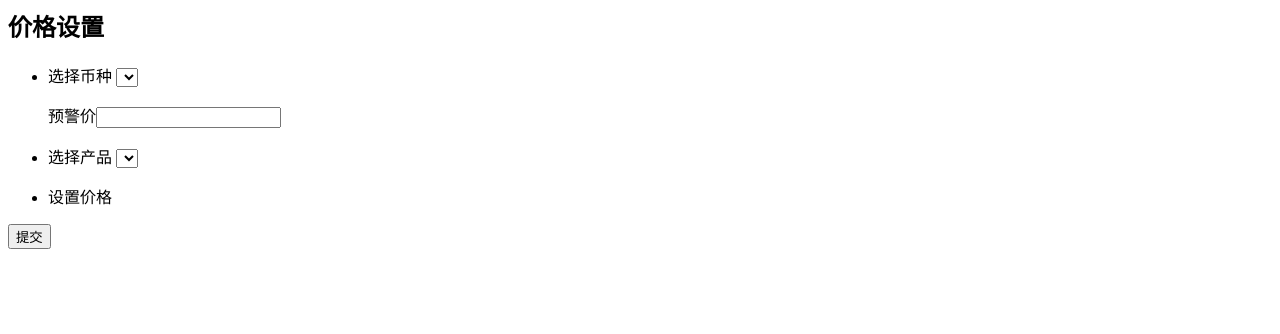
Repository: wangyan466393/racentSystem
Page: priceSetting.html
The author's editor kept a copy of each file at every save. The page is drawn from the files as they stood at one save, then again after the next save.
The browser window is 1280 px wide. The pictures show the whole page.

Above is the page before, as saved 2020-08-13 10:16:19.

### priceSetting.html
<div id="content_box">
    <h2>价格设置</h2>
<div class="config_box">
    <div class="price_content">
        <ul>
            <li>
                <p>
                    <span>选择币种</span>
                    <select name="" id="" class="config_inp">
                        <option value=""></option>
                    </select>
                </p>
                <p>
                    <span>预警价</span><input type="text" class="config_inp">
                </p>
            </li>
            <li>
                <p>
                    <span>选择产品</span>
                    <select name="" id="" class="config_inp">
                        <option value=""></option>
                    </select>
                </p>
            </li>

            <li>
               <p> <span>设置价格</span></p>
               <div class="">

                </div>
            </li>

        </ul>
    </div>
</div>
</div>
<div class="email_back_btn">
    <button type="button">提交</button>
</div>

<script src="js/jquery-1.11.3.js"></script>
<script>
    getProductListsData();
    function getProductListsData() {
        var tableInfo = ""
        for (var i = 0; i < 15; i++) {    //遍历Table的所有Row
            tableInfo += `
            <li>
                <input type="checkbox"><label for="">PositiveSSL DV多域名SSL证书</label>
            </li>
            `
        }
        $(".right_content .intro").append(tableInfo)
    }
</script>

Loaded but not shown: js/jquery-1.11.3.js (library)

After the next save:
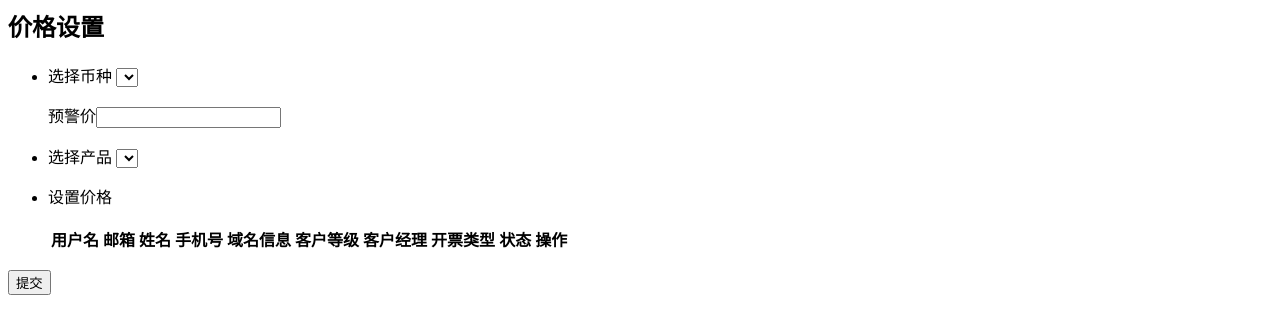
Saved 71 s later.
--- a/priceSetting.html
+++ b/priceSetting.html
@@ -26,7 +26,25 @@
             <li>
                <p> <span>设置价格</span></p>
                <div class="">
+                <table id="customer_dataLists" >
+                    <thead>
+                        <tr>
+                            <th>用户名</th>
+                            <th>邮箱</th>
+                            <th>姓名</th>
+                            <th>手机号</th>
+                            <th>域名信息</th>
+                            <th>客户等级</th>
+                            <th>客户经理</th>
+                            <th>开票类型</th>
+                            <th>状态</th>
+                            <th>操作</th>
+                        </tr>
+                    </thead>
+                    <tbody>
 
+                    </tbody>
+                </table>
                 </div>
             </li>
 
